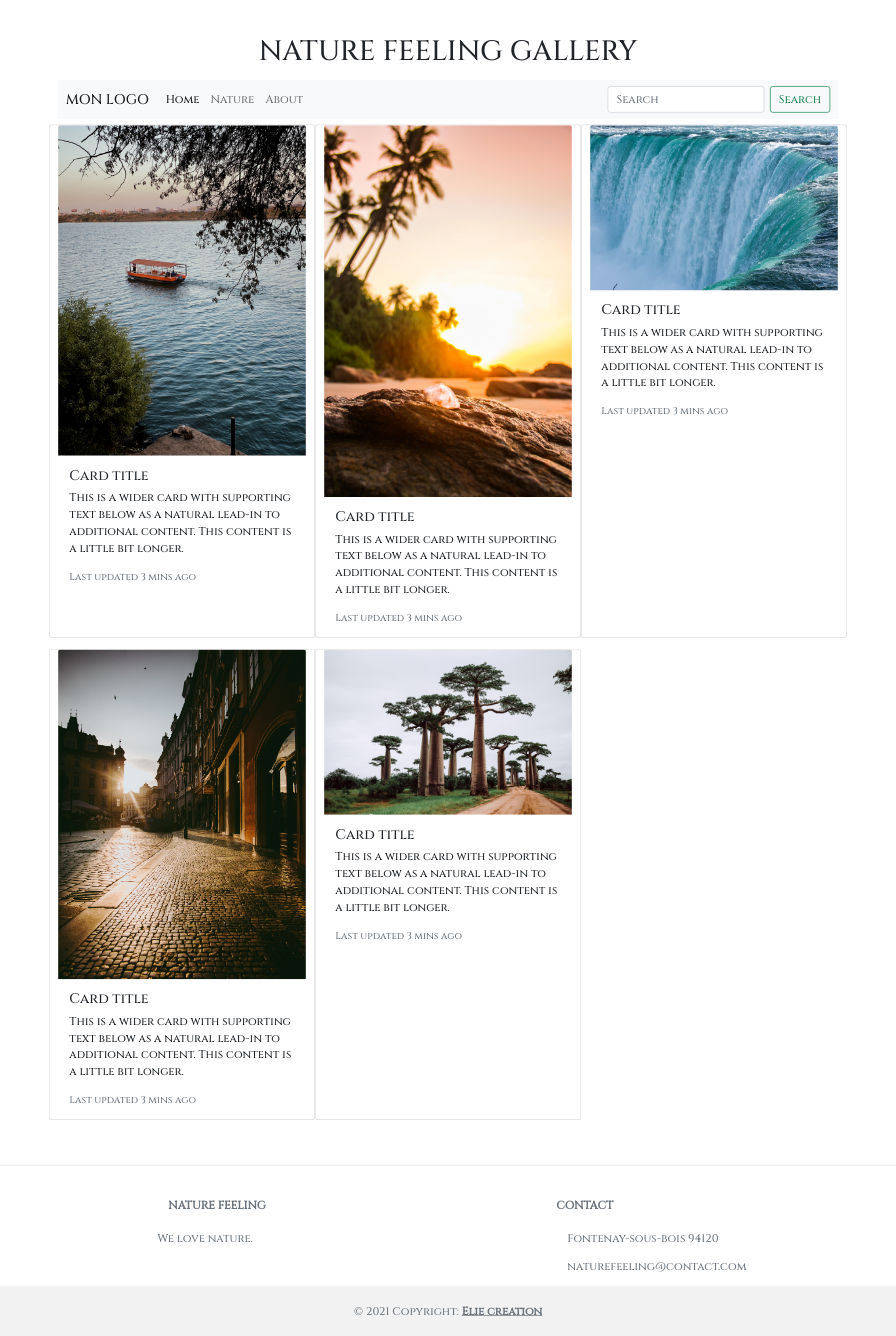
Repository: Elie-Dey/boot-start
Page: gallery.html
These files come from the project's save history. The page is drawn as it stood at one moment and after the next save; the edit follows.
The browser window is 1280 px wide. The pictures show the whole page, at 70% of full size.
Some web fonts or font styles are not loaded; a fallback is used.

Above is the page before, as saved 2021-08-19 18:57:53.

After the next save:
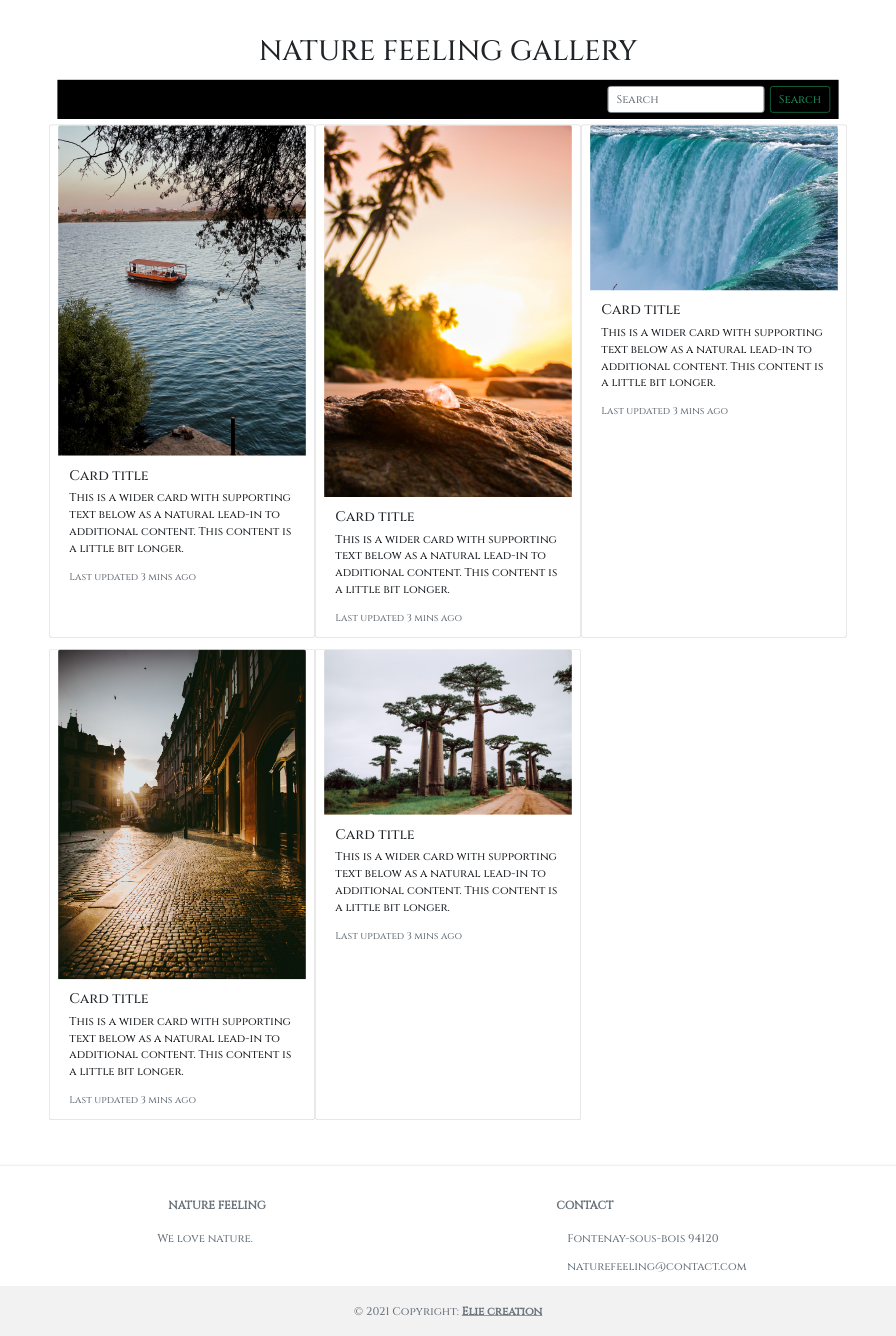
Saved 22 s later.
--- a/gallery.html
+++ b/gallery.html
@@ -25,7 +25,7 @@
         Nature Feeling Gallery
       </h1>
       <!--bar de navigation -->
-      <nav class="navbar navbar-expand-lg navbar-light bg-light mb-2">
+      <nav class="navbar navbar-expand-lg navbar-light bg-black mb-2">
         <div class="container-fluid">
           <a class="navbar-brand" href="index.html">MON LOGO</a>
           <button
